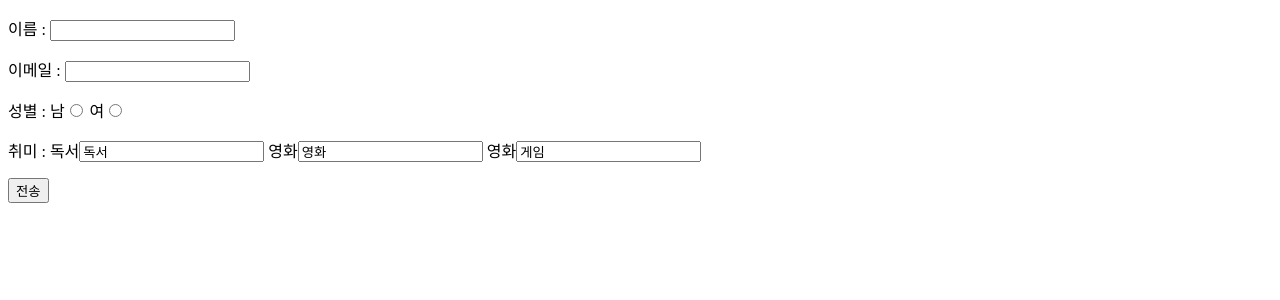
Repository: design-view/jspstudy
Page: http://localhost/GreenJsp/02implicitObject/form.jsp
The author's editor kept a copy of each file at every save. The page is drawn from the files as they stood at one save, then again after the next save.
The browser window is 1280 px wide. The pictures show the whole page.
The page is served by Tomcat 9. Other server files are loaded and not shown.

Above is the page before, as saved 2024-01-10 00:51:55.

### GreenJsp/src/main/webapp/02implicitObject/form.jsp
<%@ page language="java" contentType="text/html; charset=UTF-8"
    pageEncoding="UTF-8"%>
<!DOCTYPE html>
<html>
<head>
<meta charset="UTF-8">
<title>Insert title here</title>
</head>
<body>
	<form method="post" action="form_process.jsp">
		<p>이름 : <input type="text" name="userName" /></p>
		<p>이메일 : <input type="text" name="userEmail" /></p>
		<p>성별  : 남<input type="radio" name="gender" value="man" />
		여<input type="radio" name="gender" value="woman" />
		</p>
		<p> 취미 : 독서<input type="chekcbox" name="hobby" value="독서" />
		영화<input type="chekcbox" name="hobby" value="영화" />
		영화<input type="chekcbox" name="hobby" value="게임" />
		</p>
		<p><input type="submit" value="전송"/></p>
	</form>
</body>
</html>

After the next save:
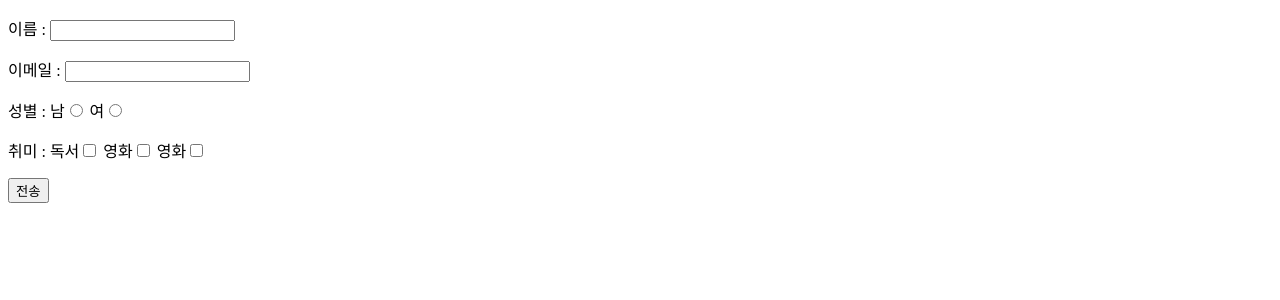
Saved 14 min 1 s later.
--- a/GreenJsp/src/main/webapp/02implicitObject/form.jsp
+++ b/GreenJsp/src/main/webapp/02implicitObject/form.jsp
@@ -13,9 +13,9 @@
 		<p>성별  : 남<input type="radio" name="gender" value="man" />
 		여<input type="radio" name="gender" value="woman" />
 		</p>
-		<p> 취미 : 독서<input type="chekcbox" name="hobby" value="독서" />
-		영화<input type="chekcbox" name="hobby" value="영화" />
-		영화<input type="chekcbox" name="hobby" value="게임" />
+		<p> 취미 : 독서<input type="checkbox" name="hobby" value="독서" />
+		영화<input type="checkbox" name="hobby" value="영화" />
+		영화<input type="checkbox" name="hobby" value="게임" />
 		</p>
 		<p><input type="submit" value="전송"/></p>
 	</form>
